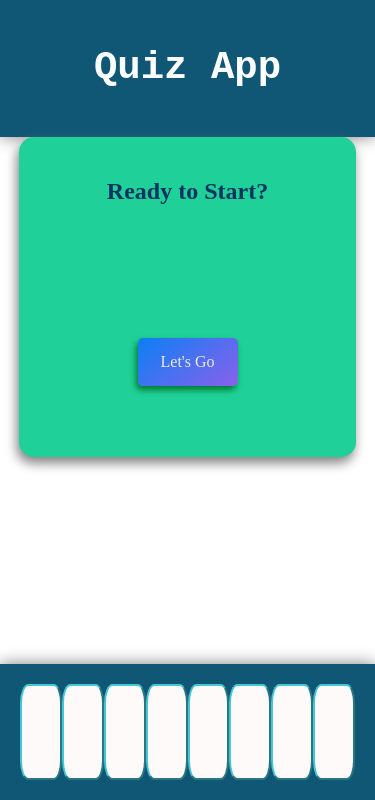
Repository: tpic12/quiz_app
Page: index.html
These files come from the project's save history. The page is drawn as it stood at one moment and after the next save; the edit follows.
The browser window is 375 px wide. The pictures show the whole page.

Above is the page before, as saved 2019-12-28 15:12:11.

### index.html
<!DOCTYPE html>
<html lang="en">

<head>
  <meta charset="UTF-8">
  <meta name="viewport" content="width=device-width, initial-scale=1.0">
  <meta http-equiv="X-UA-Compatible" content="ie=edge">
  <title>Quiz App</title>
  <link href="https://cdnjs.cloudflare.com/ajax/libs/normalize/8.0.1/normalize.min.css" rel="stylesheet"
    type="text/css" />
  <link href="app.css" rel="stylesheet" type="text/css" />
</head>

<body>
  <header>
    <section class='banner'>
      <h1>Quiz App</h1>
    </section>
  </header>
  <main class='display'>

  </main>
  <footer>
    <section class='counts'>
        <div class='count 0'></div>
        <div class='count 1'></div>
        <div class='count 2'></div>
        <div class='count 3'></div>
        <div class='count 4'></div>
        <div class='count 5'></div>
        <div class='count 6'></div>
        <div class='count 7'></div>
    </section>
  </footer>
  <script src="https://code.jquery.com/jquery-3.4.1.slim.js" crossorigin="anonymous"></script>
  <script src="app.js"></script>
</body>

</html>

### app.css
/* Your styles should be mobile-first and responsive */

/**
  * If you are unclear on how to utilize a mobile-first, responsive technique to write your CSS, here is an example:
  *
  * https://github.com/andreacardybailey/responsive_example/blob/master/styles/responsive-base.css
  *
*/
* {
  box-sizing: border-box;
  margin: 0 auto;
}

.banner h1 {
  font-family: monospace;
  font-size: 3em;
}

.banner,
footer {
  color: white;
  font-family: monospace;
  padding: 20px;
  width: 100%;
  text-align: center;
  background-color: hsl(198, 76%, 26%);
  box-shadow: 0px 0px 15px grey;
  border-bottom: none;
  left: 0;
}

.main_card {
  display: flex;
  min-width: 40vw;
  min-height: 40vh;
  text-align: center;
  justify-content: center;
  align-content: space-around;
  background-color: hsl(161, 74%, 47%);
  border-radius: 15px;
  padding: 20px;
  border: none;
  box-shadow: -2px 6px 12px grey;
}

button {
  margin: 30%;
  margin-bottom: 10%;
  color: hsl(0, 7%, 92%);
  background: linear-gradient(140deg, hsl(210, 91%, 50%), hsl(258, 78%, 65%));
  border: none;
  max-width: 130px;
  min-width: 100px;
  border-radius: 5px;
  padding: 15px;
  box-shadow: -2px 4px 6px hsl(142, 98%, 24%);
}

.main_card > form#qForm {
  display: flex;
  flex-flow: row nowrap;
  justify-content: center;
  text-align: center;
}
/*
.mid-card {
  display: flex;
  flex-flow: column wrap;
  margin: auto;
  margin-top: 100px;
  max-width: 400px;
  min-width: 200px;
  text-align: center;
  align-items: center;
  background-color: hsl(161, 74%, 47%);
  border-radius: 15px;
  padding: 20px;
  border: none;
  box-shadow: -2px 6px 12px grey;
}
*/
.main_card > h2 {
  justify-self: center;
  font-weight: bolder;
  color: hsl(210, 90%, 20%);
}

input {
  margin: 5px 20px;
}

footer {
  position: fixed;
  bottom: 0;
  left: 0;
  max-height: 20vh;
}

.counts {
  display: flex;
  justify-content: space-evenly;
}

.count {
  border: 2px outset hsl(186, 63%, 55%);
  font-family: 'Gill Sans', 'Gill Sans MT', Calibri, 'Trebuchet MS', sans-serif;
  border-radius: 20%;
  flex-direction: row;
  width: 12vw;
  height: 12vh;
  background-color: hsl(0, 100%, 99%);
  padding: 15px;
  -webkit-border-radius: 20%;
  -moz-border-radius: 20%;
  -ms-border-radius: 20%;
  -o-border-radius: 20%;
}

h1 {
  font-family: sans-serif;
}

.green {
  background-color: green !important;
}

.red {
  background-color: red !important;
}

#snackbar > p {
  visibility: hidden;
  min-width: 15vw;

  color: #fff;
  text-align: center;
  align-content: flex-start;
  padding: 5px;
  position: absolute;
  z-index: 1;
  left: ;
  top: -30px;
}

#snackbar.show {
  visibility: visible;
  /-webkit-animation: fadein 0.5s, fadeout 0.5s 2.5s;
  animation: fadein 0.5s, fadeout 0.5s 2.5s;
}

@media screen and (max-width: 450px) {
  .main_card {
    flex-flow: row wrap;
    max-width: 90vw;
  }

  section.main_card > form > input,
  section.main_card > form > label {
    display: block;
  }

  .counts {
    flex-wrap: nowrap;
  }
}

### app.js
/**
 * Example store structure
 */
'use strict';

const STORE = {
  // 5 or more questions are required
  questions: [
    {
      question: 'How many items in a bakers dozen??',
      answers: ['11', '12', '13', '3'],
      correctAnswer: '13'
    },
    {
      question: 'What month is Oktoberfest held?',
      answers: ['September', 'October', 'Every Month', 'August'],
      correctAnswer: 'September'
    },
    {
      question: 'What color is an Orange Blossom?',
      answers: ['Red', 'Orange', 'Pink', 'White'],
      correctAnswer: 'White'
    },
    {
      question: 'Where did the Panama Hat originate?',
      answers: ['Ecuador', 'Panama', 'China', 'Cuba'],
      correctAnswer: 'Ecuador'
    },
    {
      question: 'What are toy marbles made from?',
      answers: ['Plastic', 'Quartz', 'Diamond', 'Glass'],
      correctAnswer: 'Glass'
    },
    {
      question: 'How many gallons are in a ten-gallon hat?',
      answers: [
        'Half a Gallon',
        'Ten-Gallons',
        'Three-Fourths of a Gallon',
        'Give-Gallon'
      ],
      correctAnswer: 'Three-Fourths of a Gallon'
    },
    {
      question: 'What is the biggest animal to ever live?',
      answers: ['Mammoth', 'T-Rex', 'Blue Whale', 'Brontosaurus'],
      correctAnswer: 'Blue Whale'
    },
    {
      question: 'Where is the red-bellied woodpecker predominately red?',
      answers: ['Head', 'Wings', 'Feet', 'Belly'],
      correctAnswer: 'Head'
    }
  ],
  questionNumber: 0,
  score: 0,
  quizStart: false
};

/**
 *
 * Your app should include a render() function, that regenerates
 * the view each time the store is updated. See your course
 * material, consult your instructor, and reference the slides
 * for more details.
 *
 * NO additional HTML elements should be added to the index.html file.
 *
 * You may add attributes (classes, ids, etc) to the existing HTML elements, or link stylesheets or additional scripts if necessary
 *
 */

/**
 * This function renders the quiz after you start, ...
 * answer a question, or restart the quiz
 */
function renderStartQuiz() {
  const mainCard = `<section class="main_card">
      <h2>Ready to Start?</h2>
      <button type='submit' id='start_quiz'>Let's Go</button>
    </section>`;

  $('.display').html(mainCard);

  $('.display').on('click', '#start_quiz', function(event) {
    event.preventDefault();
    STORE.quizStart = true;
    $('.main_card')
      .children()
      .remove();
    handleQuiz();
  });
}
/**
 * renders question one at a time depending on question number
 */
function renderQuestion() {
  if (
    STORE.questionNumber === STORE.questions.length &&
    STORE.questionNumber > 1
  ) {
    renderResults();
  } else {
    const qCard = `<h2>${STORE.questions[STORE.questionNumber].question}</h2>
    <form id="qForm">
        <input type='radio' name='answer' id='q1' value="${
          STORE.questions[STORE.questionNumber].answers[0]
        }"/><label for='q1' id='0'>${
      STORE.questions[STORE.questionNumber].answers[0]
    }</label>
        <input type='radio' name='answer' id='q2' value="${
          STORE.questions[STORE.questionNumber].answers[1]
        }"/><label for='q2' id='1'>${
      STORE.questions[STORE.questionNumber].answers[1]
    }</label><br>
        <input type='radio' name='answer' id='q3' value="${
          STORE.questions[STORE.questionNumber].answers[2]
        }"/><label for='q3' id='2'>${
      STORE.questions[STORE.questionNumber].answers[2]
    }</label>
        <input type='radio' name='answer' id='q4' value="${
          STORE.questions[STORE.questionNumber].answers[3]
        }"/><label for='q4' id='3'>${
      STORE.questions[STORE.questionNumber].answers[3]
    }</label><br>
    </form>
    <button type='submit' id='submit_answer'>Final Answer</button>`;

    $('.main_card').html(qCard);
    $('input:checked').on('su');
    $('.main_card').on('click', '#submit_answer', function(event) {
      event.preventDefault();
      checkAnswer();
      //original next question spot

      $('.main_card')
        .children()
        .remove();

      handleQuiz();
    });
  }
}
/**
 * renders results page

 */

function generateResults(finalScore, numberOfQuestions) {
  return `<h2>You scored ${finalScore} out of ${numberOfQuestions}!</h2><button id='restart'>Restart Quiz</button>`;
}

/* Render results element with button that restarts the quiz*/
function renderResults() {
  let score = STORE.score;
  let num = STORE.questionNumber;

  $('.main_card').html(generateResults(score, num));
  $('#restart').click(function(event) {
    event.preventDefault();
    console.log('Restarting Quiz');

    STORE.questionNumber = 0;
    STORE.score = 0;
    $('.count')
      .removeClass('snackbar')
      .removeClass('red')
      .removeClass('green')
      .removeClass('show')
      .text('');
    renderStartQuiz();
  });
}

/**
 * this function checks the correctnes of the answer
 */
function checkAnswer() {
  let form = document.getElementById('qForm');
  let ans = form['answer'];
  for (let i = 0; i < ans.length; i++) {
    //is a button checked
    if (ans[i].checked) {
      //compare value of ans[i] to correct answer
      if (
        ans[i].value === STORE.questions[STORE.questionNumber].correctAnswer
      ) {
        scoreKeeper(true);
      } else {
        scoreKeeper(false);
      }
    }
  }
}

function generateAnswerSnackbar(questionAnswer) {
  return `<div class=.${STORE.questionNumber}>
              <p>Sorry, the correct answer is ${questionAnswer}</p>
          </div>`;
}

function scoreKeeper(bool) {
  if (bool === true) {
    console.log('plus 1 point');
    STORE.score++;
    $(`.${STORE.questionNumber}`)
      .addClass('green')
      .addClass('snackbar')
      .html(`<p>Correct!</p>`);
    $('section.main_card');
    console.log('next q!');
    STORE.questionNumber++;
  }
  if (bool === false) {
    console.log('no points for you');
    $(`.${STORE.questionNumber}`)
      .addClass('red')
      .addClass('snackbar')
      .html(
        generateAnswerSnackbar(
          STORE.questions[STORE.questionNumber].correctAnswer
        )
      );
    console.log('next q!');
    STORE.questionNumber++;
  }
}

function handleQuiz() {
  if (STORE.quizStart === false) {
    renderStartQuiz();
  } else {
    renderQuestion();
  }
}

$(handleQuiz);

After the next save:
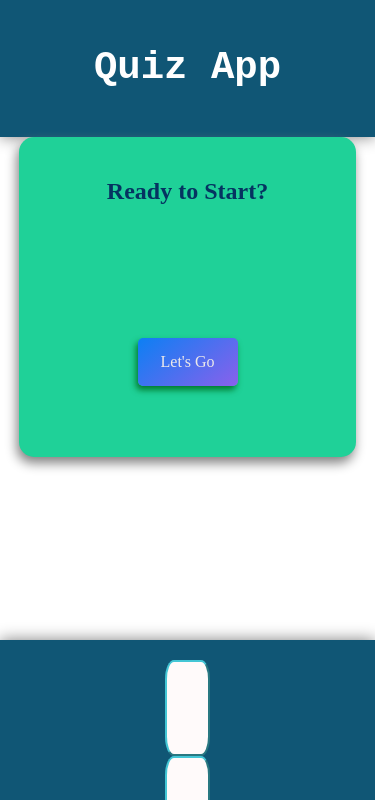
Saved 16 s later.
--- a/app.css
+++ b/app.css
@@ -160,6 +160,6 @@ h1 {
   }
 
   .counts {
-    flex-wrap: nowrap;
+    flex-direction: column;
   }
 }
